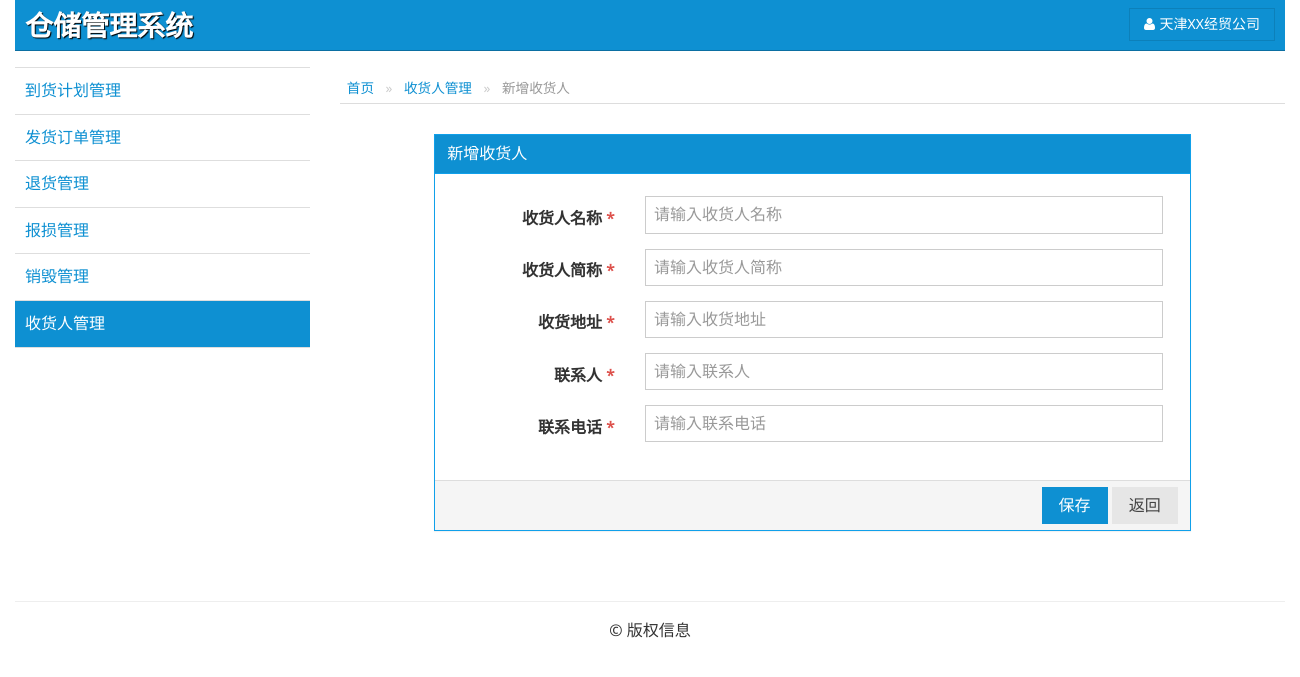
Repository: liuyouth/66
Page: http://localhost/syhz-web/WEB-INF/pages/recipient/add.jsp
An editor plug-in stored every save of this project. The page is shown before and after the next save, followed by the edit.
The browser window is 1280 px wide. The page is 1300 px wide, so the pictures cover 1300 px, including what lies to the right of the window. The pictures show the whole page.
The page is served by Tomcat 9. Nobody is signed in. Other server files are loaded and not shown. The template is opened directly, without the code that normally fills it, so the values that code supplies are empty.

Above is the page before, as saved 2016-07-01 06:55:38.

### syhz-web/WebContent/WEB-INF/pages/recipient/add.jsp
<%@ page language="java" contentType="text/html; charset=UTF-8" pageEncoding="UTF-8"%>

<%@ include file="/WEB-INF/pages/inc/common.jspf"%>

</head>
<body class="am-container wm-container">

	<!-- header start -->
	<%@ include file="/WEB-INF/pages/inc/header.jsp"%>
	<!-- header end -->

	<div class="am-g">

		<!-- nav start -->
		<%@ include file="/WEB-INF/pages/inc/nav.jsp"%>
		<!-- nav end -->

		<div class="am-u-sm-9">
			<ol class="am-breadcrumb wm-breadcrumb">
				<li><a href="${basePath}/index/view">首页</a></li>
				<li><a href="${basePath}/recipient/list/view">收货人管理</a></li>
				<li class="am-active">新增收货人</li>
			</ol>
			<hr class="wm-hr">
			<!-- context start -->
			<div class="am-u-sm-10 am-u-sm-centered">
				<div class="am-panel am-panel-primary wm-panel">
					<div class="am-panel-hd">新增收货人</div>
					<div class="am-panel-bd">
						<form id="addForm" class="am-form wm-form am-form-horizontal" action="${basePath}+/recipient/add">
							<div class="am-form-group">
								<label class="am-u-sm-3 am-form-label">
									收货人名称<span class="am-text-danger">&nbsp;*</span>
								</label>
								<div class="am-u-sm-9">
									<input type="text" name="recipientName" maxlength="50" datatype="*" placeholder="请输入收货人名称">
								</div>
							</div>
							<div class="am-form-group">
								<label class="am-u-sm-3 am-form-label">
									收货人简称<span class="am-text-danger">&nbsp;*</span>
								</label>
								<div class="am-u-sm-9">
									<input type="text" name="recipientCode" maxlength="20" datatype="*" placeholder="请输入收货人简称">
								</div>
							</div>
							<div class="am-form-group">
								<label class="am-u-sm-3 am-form-label">
									收货地址<span class="am-text-danger">&nbsp;*</span>
								</label>
								<div class="am-u-sm-9">
									<input type="text" name="recipientAddress" maxlength="100" datatype="*" placeholder="请输入收货地址">
								</div>
							</div>
							<div class="am-form-group">
								<label class="am-u-sm-3 am-form-label">
									联系人<span class="am-text-danger">&nbsp;*</span>
								</label>
								<div class="am-u-sm-9">
									<input type="text" name="recipientContact" maxlength="20" datatype="*" placeholder="请输入联系人">
								</div>
							</div>
							<div class="am-form-group">
								<label class="am-u-sm-3 am-form-label">
									联系电话<span class="am-text-danger">&nbsp;*</span>
								</label>
								<div class="am-u-sm-9">
									<input type="text" name="recipientContactPhone" maxlength="20" datatype="*" placeholder="请输入联系电话">
								</div>
							</div>
						</form>
					</div>
					<footer class="am-panel-footer">
						<div class="am-g">
							<label class="am-u-sm-3 am-form-label"></label>
							<div class="am-u-sm-9" style="text-align:right;">
								<button type="submitBtn" class="am-btn am-btn-primary">保存</button>
								<button type="button" class="am-btn am-btn-default" onclick="javascript:history.back(-1);">返回</button>
							</div>
						</div>
					</footer>
				</div>
			</div>
			<!-- context end -->
		</div>
	</div>

	<!-- modal start -->
	<%@ include file="/WEB-INF/pages/inc/modal.jsp"%>
	<!-- modal end -->

	<!-- footer start -->
	<%@ include file="/WEB-INF/pages/inc/footer.jsp"%>
	<!-- footer end -->

	<script type="text/javascript" src="${basePath }/js/app/recipient/add.js"></script>
</body>
</html>

### syhz-web/WebContent/WEB-INF/pages/inc/common.jspf
<%@ page language="java" pageEncoding="utf-8"%>
<%
	String basePath = request.getContextPath();
	request.setAttribute("basePath", basePath);
%>
<!DOCTYPE html>
<html class="no-js">
<head>
	<meta charset="utf-8">
	<meta http-equiv="X-UA-Compatible" content="IE=edge">
	<meta name="description" content="">
	<meta name="keywords" content="">
	<!--<meta name="viewport" content="width=device-width, initial-scale=1.0, minimum-scale=1.0, maximum-scale=1.0, user-scalable=no">-->
	<title>仓储管理系统</title>
	<!-- Set render engine for 360 browser -->
	<meta name="renderer" content="webkit">
	<!-- No Baidu Siteapp-->
	<meta http-equiv="Cache-Control" content="no-siteapp"/>

	<link rel="stylesheet" href="${basePath }/js/lib/amaze/css/amazeui.min.css">
	<link rel="stylesheet" href="${basePath }/js/lib/amaze/css/app.css">

	<!-- datatables-master -->
	<link rel="stylesheet" href="${basePath }/js/lib/datatables-master/amazeui.datatables.min.css">

	<link rel="stylesheet" href="${basePath }/css/common.css">

	<script type="text/javascript" src="${basePath }/js/lib/jquery/jquery-1.10.0.js"></script>

	<!--[if (gte IE 9)|!(IE)]><!-->
	<script type="text/javascript" src="${basePath }/js/lib/amaze/js/jquery.min.js"></script>
	<!--<![endif]-->
	<!--[if lte IE 8 ]>
	<script type="text/javascript" src="http://cdn.staticfile.org/modernizr/2.8.3/modernizr.js"></script>
	<script type="text/javascript" src="${basePath }/js/lib/amaze/js/amazeui.ie8polyfill.min.js"></script>
	<![endif]-->
	<script type="text/javascript" src="${basePath }/js/lib/amaze/js/amazeui.min.js"></script>

	<!-- My97DatePicker -->
	<script type="text/javascript" src="${basePath }/js/lib/My97DatePicker/WdatePicker.js"></script>

	<!-- datatables-master -->
	<script type="text/javascript" src="${basePath }/js/lib/datatables-master/amazeui.datatables.min.js"></script>

	<!-- jquery form -->
	<script type="text/javascript" src="${basePath }/js/lib/jquery/jquery.form.js"></script>

	<!-- Validform -->
	<script type="text/javascript" src="${basePath }/js/lib/Validform/Validform_v5.3.2.js"></script>
	<script type="text/javascript" src="${basePath }/js/lib/Validform/Validform_Datatype.js"></script>

	<script>
	$.ajaxSetup ({
		cache: false //close AJAX cache
	});
	var basePath = "${basePath}";
	</script>

### syhz-web/WebContent/WEB-INF/pages/inc/header.jsp
<%@ page language="java" contentType="text/html; charset=UTF-8" pageEncoding="UTF-8"%>

<header id="hearderAnchor" class="am-topbar am-topbar-inverse">
	<h1 class="am-topbar-brand" style="color: #fff;">
		<strong style="cursor: pointer;font-size: 28px;text-shadow: 1px 1px 1px #000;">仓储管理系统</strong>
	</h1>
	<div class="am-fr" style="margin-right: 10px;">
		<div class="am-btn-group">
			<div class="am-dropdown" data-am-dropdown>
				<button class="am-btn am-btn-primary am-topbar-btn am-btn-sm am-dropdown-toggle" data-am-dropdown-toggle>
					<span class="am-icon-user"></span> 天津XX经贸公司
				</button>
				<ul class="am-dropdown-content">
					<li>
						<a href="javascript:showEditPasswordModal();">修改密码</a>
					</li>
					<li class="am-divider"></li>
					<li>
						<a href="${basePath}/login/view" >
							<span class="am-icon-power-off"></span> 退出
						</a>
					</li>
				</ul>
			</div>
		</div>
	</div>
</header>

<!-- edit password modal start -->
<div class="am-modal am-modal-prompt" tabindex="-1" id="headerEditPasswordModal">
	<div class="am-modal-dialog">
		<div class="am-modal-hd">修改密码</div>
		<div class="am-modal-bd wm-modal-bd">
			<form id="headerEditPasswordForm" class="am-form am-form-horizontal">
				<div class="am-form-group">
					<label class="am-u-sm-3 am-form-label">
						旧密码<span class="am-text-danger">&nbsp;*</span>
					</label>
					<div class="am-u-sm-9">
						<input type="text" placeholder="请输入旧密码">
					</div>
				</div>
				<div class="am-form-group">
					<label class="am-u-sm-3 am-form-label">
						新密码<span class="am-text-danger">&nbsp;*</span>
					</label>
					<div class="am-u-sm-9">
						<input type="text" placeholder="请输入新密码">
					</div>
				</div>
				<div class="am-form-group">
					<label class="am-u-sm-3 am-form-label">
						密码确认<span class="am-text-danger">&nbsp;*</span>
					</label>
					<div class="am-u-sm-9">
						<input type="text" placeholder="请再次输入新密码">
					</div>
				</div>
			</form>
		</div>
		<div class="am-modal-footer">
			<span class="am-modal-btn wm-modal-cancel-btn" data-am-modal-cancel>取消</span>
			<span class="wm-modal-btn" onclick="javascript:void(0);">确定</span>
		</div>
	</div>
</div>
<!-- edit password modal end -->

<script type="text/javascript" src="${basePath }/js/app/inc/header.js"></script>

### syhz-web/WebContent/WEB-INF/pages/inc/nav.jsp
<%@ page language="java" contentType="text/html; charset=UTF-8" pageEncoding="UTF-8"%>

<div class="am-u-sm-3">
	<ul class="am-list admin-sidebar-list" id="wm-nav">

		<li id="nav-1">
			<a href="javascript:void(0);" onclick="javascript:jumpTo('arrival_plan/list');">
				<span class="am-margin-left-sm">到货计划管理</span>
			</a>
		</li>

		<li id="nav-2">
			<a href="javascript:void(0);" onclick="javascript:jumpTo('deliver_order/list');">
				<span class="am-margin-left-sm">发货订单管理</span>
			</a>
		</li>

		<li id="nav-3">
			<a href="javascript:void(0);" onclick="javascript:jumpTo('return_goods/list');">
				<span class="am-margin-left-sm">退货管理</span>
			</a>
		</li>

		<li id="nav-4">
			<a href="javascript:void(0);" onclick="javascript:jumpTo('damage/list');">
				<span class="am-margin-left-sm">报损管理</span>
			</a>
		</li>

		<li id="nav-5">
			<a href="javascript:void(0);" onclick="javascript:jumpTo('destroy/list');">
				<span class="am-margin-left-sm">销毁管理</span>
			</a>
		</li>

		<li id="nav-6">
			<a href="javascript:void(0);" onclick="javascript:jumpTo('recipient/list');">
				<span class="am-margin-left-sm">收货人管理</span>
			</a>
		</li>

	</ul>
</div>

<script type="text/javascript" src="${basePath }/js/app/inc/nav.js"></script>

### syhz-web/WebContent/WEB-INF/pages/inc/modal.jsp
<%@ page language="java" contentType="text/html; charset=UTF-8" pageEncoding="UTF-8"%>

<div class="am-modal am-modal-alert" tabindex="-1" id="wm-alert">
	<div class="am-modal-dialog">
		<div class="am-modal-hd">
			系统消息
		</div>
		<div class="am-modal-bd">
			<span id="wm-alert-modal-show-msg-span"></span>
		</div>
		<div class="am-modal-footer">
			<span class="am-modal-btn">确定</span>
		</div>
	</div>
</div>

<div class="am-modal am-modal-confirm" tabindex="-1" id="wm-confirm">
	<div class="am-modal-dialog">
		<div class="am-modal-hd">
			系统消息
		</div>
		<div class="am-modal-bd">
			<span id="wm-confirm-modal-show-msg-span"></span>
		</div>
		<div class="am-modal-footer">
			<span class="am-modal-btn wm-modal-cancel-btn" data-am-modal-cancel>取消</span>
			<span class="am-modal-btn" data-am-modal-confirm>确定</span>
		</div>
	</div>
</div>

<div class="am-modal am-modal-loading am-modal-no-btn" tabindex="-1" id="wm-modal-loading">
	<div class="am-modal-dialog">
		<div class="am-modal-hd">处理中，请稍后...</div>
		<div class="am-modal-bd">
			<span class="am-icon-spinner am-icon-spin"></span>
		</div>
	</div>
</div>

<script type="text/javascript" src="${basePath }/js/app/inc/modal.js"></script>

### syhz-web/WebContent/WEB-INF/pages/inc/footer.jsp
<%@ page language="java" contentType="text/html; charset=UTF-8" pageEncoding="UTF-8"%>

<div class="footer" style="height: 100px;margin-top: 50px;">
	<hr>
	<div class="am-g">
		<div class="am-u-sm-6 am-u-sm-centered" style="text-align:center;">
			<p>© 版权信息</p>
		</div>
	</div>
</div>

### syhz-web/WebContent/css/common.css
body {

}

fieldset {
	margin: 0 0 0.7rem 0 !important;
	padding: 0 !important;
}

legend {
	margin: 0 !important;
	padding: 0 !important;
}

textarea {
	resize: none !important;
}

.wm-container {
	width: 100% !important;
	min-width: 1300px !important;
	max-width: 100% !important;
}

.wm-breadcrumb {
	margin: 0 !important;
	padding-bottom: 0;
}

.wm-form {
	padding: 10px 0;
}

.wm-hr {
	margin: 5px 0px !important;
	border-top: 1px solid #ddd;
}

.wm-nav-active {
	background-color: #0e90d2 !important;
}

.wm-nav-active a {
	color: #fff;
}

.wm-modal-bd {
	padding-top: 15px !important;
	border-top: 1px solid #dedede;
}

.wm-modal-btn {
	display: table-cell !important;
	padding: 0 5px;
	height: 44px;
	-webkit-box-sizing: border-box !important;
	box-sizing: border-box !important;
	font-size: 1.6rem;
	line-height: 44px;
	text-align: center;
	color: #0e90d2;
	display: block;
	word-wrap: normal;
	text-overflow: ellipsis;
	white-space: nowrap;
	overflow: hidden;
	cursor: pointer;
	border-right: 1px solid #dedede;
}

.wm-modal-cancel-btn {
	color: #999;
}

.wm-toTop {
	border: 1px solid #DDDDDD;
	width: 46px;
	height: 50px;
	position: fixed;
	bottom: 150px;
	right: 30px;
	z-index: 1009;
	background-color: white;
}

.wm-toTop:HOVER {
	cursor: pointer;
}

.wm-toTop a:HOVER {
	cursor: pointer;
	text-decoration: none;
}

.wm-toTop i {
	color: #DDDDDD;
}

.wm-toTop i:HOVER {
	color: #999;
}

.wm-toTop i:BEFORE {
	font-size: 300%;
	vertical-align: -22%;
}

.wm-table {
	margin-bottom: 0;
}

.wm-panel {
	margin-top: 30px;
}
/* lisi start */
.wm-inner-table-title {
	border-bottom: 1px solid #10a0ea;
}

.wm-inner-table-title-label {
	background-color: #10a0ea;
	color: #fff;
	margin: 0px;
	padding: .6em 1em;
	vertical-align: middle;
	line-height: 1.2;
	outline: 0;
}
/* top view start */
.wm-u-sm-12 {
	margin: 0 !important;
	padding: 0 !important;
}

.wm-grid {
	border: 1px solid #999;
	text-align: center;
	vertical-align: middle;
	float: left;
}

div.wm-grid:HOVER {
	cursor: pointer;
}

.wm-grid-a {
	width: 60px;
	height: 25px;
}

.wm-grid-e1 {
	width: 40px;
	height: 100px;
}

.wm-grid-e2 {
	width: 40px;
	height: 50px;
}

.wm-grid-e3 {
	width: 40px;
	height: 75px;
}

.wm-empty-line {
	height: 25px;
}

.wm-cell-disable {
	background-color: #999;
	color: #fff;
}

.wm-grid-a-cell {
	width: 50%;
	height: 50px;
}

.wm-grid-e1-cell {
	width: 25%;
	height: 50px;
}

.wm-grid-e2-cell {
	width: 50%;
	height: 50px;
}

.wm-grid-e3-cell {
	width: 33.33%;
	height: 50px;
}

.wm-grid-a-cell-split-x {
	width: 50%;
	float: left;
}

.wm-grid-a-cell-split-line-x {
	border-right: thin dashed #999;
}

.wm-grid-a-cell-split-y {
	width: 100%;
	height: 25px;
}

.wm-grid-a-cell-split-line-y {
	border-bottom: thin dashed #999;
}
/* top view end */
[class*=am-icon-] {
	margin-right: 1px;
}

.Validform_checktip {
	/*margin-left: 8px;
	line-height: 20px;
	height: 20px;
	overflow: hidden;
	color: #999;
	font-size: 12px;*/
}

.Validform_right {
	color: #71b83d;
	padding-left: 20px;
	background: url(../images/right.png) no-repeat left center;
}

.Validform_wrong {
	color: red;
	padding-left: 20px;
	white-space: nowrap;
	background: url(../images/error.png) no-repeat left center;
}

.Validform_loading {
	padding-left: 20px;
	background: url(../images/onLoad.gif) no-repeat left center;
}

.Validform_error {
	background-color: #ffe7e7;
}

#Validform_msg {
	color: #7d8289;
	font: 12px/1.5 tahoma, arial, \5b8b\4f53, sans-serif;
	width: 280px;
	-webkit-box-shadow: 2px 2px 3px #aaa;
	-moz-box-shadow: 2px 2px 3px #aaa;
	background: #fff;
	position: absolute;
	top: 0px;
	right: 50px;
	z-index: 99999;
	display: none;
	filter: progid:DXImageTransform.Microsoft.Shadow(Strength=3, Direction=135,
		Color='#999999');
}

#Validform_msg .iframe {
	position: absolute;
	left: 0px;
	top: -1px;
	z-index: -1;
}

#Validform_msg .Validform_title {
	line-height: 25px;
	height: 25px;
	text-align: left;
	font-weight: bold;
	padding: 0 8px;
	color: #fff;
	position: relative;
	background-color: #000;
}

#Validform_msg a.Validform_close:link, #Validform_msg a.Validform_close:visited
	{
	line-height: 22px;
	position: absolute;
	right: 8px;
	top: 0px;
	color: #fff;
	text-decoration: none;
}

#Validform_msg a.Validform_close:hover {
	color: #cc0;
}

#Validform_msg .Validform_info {
	padding: 8px;
	border: 1px solid #000;
	border-top: none;
	text-align: left;
}
/* lisi end */

/* mujianling start */
/* mujianling end */

### syhz-web/WebContent/js/app/inc/header.js
function showEditPasswordModal() {
	$('#headerEditPasswordForm').form('clear');
	$('#headerEditPasswordModal').modal('open');
}

### syhz-web/WebContent/js/app/inc/nav.js
function toggleNav(f, s, t) {
	if (t != 0 && s != 0) {
		$("#nav-" + f).collapse('toggle');
		$("#nav-" + f + "-" + s).collapse('toggle');
		$("#nav-" + f + "-" + s + "-" + t).addClass("wm-nav-active");
	} else {
		if (s != 0) {
			$("#nav-" + f).collapse('toggle');
			$("#nav-" + f + "-" + s).addClass("wm-nav-active");
		} else {
			$("#nav-" + f).addClass("wm-nav-active");
		}
	}
}
function jumpTo(p) {
	window.location.href = basePath + "/" + p + "/view";
}

### syhz-web/WebContent/js/app/inc/modal.js
function alertWm(msg, okfn) {
	$("#wm-alert-modal-show-msg-span").text(msg);
	$('#wm-alert').on('closed.modal.amui', function() {
		if (okfn != undefined) {
			okfn();
		}
	});
	$('#wm-alert').modal('open');
}

function confirmWm(msg, okfn, ngfn) {
	$("#wm-confirm-modal-show-msg-span").text(msg);
	$('#wm-confirm').modal({
		relatedTarget : this,
		onConfirm : function(options) {
			if (okfn != undefined) {
				okfn();
			}
		},
		onCancel : function() {
			if (ngfn != undefined) {
				ngfn();
			}
		}
	});
	$('#wm-confirm').modal('open');
}

function showLoadingWm() {
	$('#wm-modal-loading').modal('open');
}

function hideLoadingWm() {
	$('#wm-modal-loading').modal('close');
}

### syhz-web/WebContent/js/app/recipient/add.js
/**
 * 声明全局变量
 */
//校验插件变量
var $valid;

$(function() {
	// 切换导航状态
	toggleNav(6, 0, 0);
	//初始化验证插件
	$valid = $("#addForm").Validform({
		btnSubmit:"#submitBtn",
		tiptype:4,
		ignoreHidden:true,
		dragonfly:false,
		tipSweep:false,
		showAllError:true,
		postonce:true,
		ajaxPost:false,
		datatype:{

		},
		usePlugin:{
		},
		beforeCheck:function(curform){
			//在表单提交执行验证之前执行的函数，curform参数是当前表单对象。
			//这里明确return false的话将不会继续执行验证操作;
		},
		beforeSubmit:function(curform){
			//在验证成功后，表单提交前执行的函数，curform参数是当前表单对象。
			//这里明确return false的话表单将不会提交;
			return false;
		},
		callback:function(data){
			//返回数据data是json对象，{"info":"demo info","status":"y"}
			//info: 输出提示信息;
			//status: 返回提交数据的状态,是否提交成功。如可以用"y"表示提交成功，"n"表示提交失败，在ajax_post.php文件返回数据里自定字符，主要用在callback函数里根据该值执行相应的回调操作;
			//你也可以在ajax_post.php文件返回更多信息在这里获取，进行相应操作；
			//ajax遇到服务端错误时也会执行回调，这时的data是{ status:**, statusText:**, readyState:**, responseText:** }；

			//这里执行回调操作;
			//注意：如果不是ajax方式提交表单，传入callback，这时data参数是当前表单对象，回调函数会在表单验证全部通过后执行，然后判断是否提交表单，如果callback里明确return false，则表单不会提交，如果return true或没有return，则会提交表单。
		}
	});



	/* = $("#myForm").Validform({
		 	btnSubmit: "#btn_sub", //提交按钮，from中存在“submit”按钮时可省略
		btnReset: "#btn_reset",//重置按钮，from中存在“reset”按钮时可省略
		tiptype: 4,//错误信息提示方式
		ignoreHidden: true,//不验证hidden元素
		showAllError: true,//true：完全检测；false：短路检测
		//postonce: true//二次提交防御
		ajaxPost: true,//提交方式
		datatype: {//自定义datatype类型，可以是正则，也可以是函数。
			idCardNo:isIdCardNo
		},
		usePlugin: {},//插件
		beforeCheck: function(curform){

			setTimeout(function() {
				var id = $(".Validform_wrong:eq(0)")
					.closest(".am-tab-panel").attr("id");
				if (id) {
				    var no = id.replace("tab", "");
					$("#tabs").tabs('open', parseInt(no) - 1);
				}
		    }, 500);
		},
		beforeSubmit : function(curform) {

	    }

		},
		callback : function(data) {
		 //这里不采用插件提交
			   if (data.msg) {
			alert("保存成功！");
		    }
		}
	    });*/
});

### syhz-web/WebContent/js/lib/My97DatePicker/skin/WdatePicker.css
.Wdate {
	border: #999 1px solid;
	height: 20px;
	background: #fff url(datePicker.gif) no-repeat right;
}

.wm-Wdate {
	background: #fff url(datePicker.gif) no-repeat right !important;
}

.WdateFmtErr {
	font-weight: bold;
	color: red;
}

Loaded but not shown: syhz-web/WebContent/js/lib/amaze/css/amazeui.min.css (library); syhz-web/WebContent/js/lib/amaze/css/app.css (common file); syhz-web/WebContent/js/lib/datatables-master/amazeui.datatables.min.css (library); syhz-web/WebContent/js/lib/jquery/jquery-1.10.0.js (library); syhz-web/WebContent/js/lib/amaze/js/jquery.min.js (library); syhz-web/WebContent/js/lib/amaze/js/amazeui.min.js (library); syhz-web/WebContent/js/lib/My97DatePicker/WdatePicker.js (library); syhz-web/WebContent/js/lib/datatables-master/amazeui.datatables.min.js (library); syhz-web/WebContent/js/lib/Validform/Validform_v5.3.2.js (library); syhz-web/WebContent/js/lib/Validform/Validform_Datatype.js (library); syhz-web/WebContent/js/lib/jquery/jquery.form.js (no copy from this time; the picture is the same without it)

After the next save:
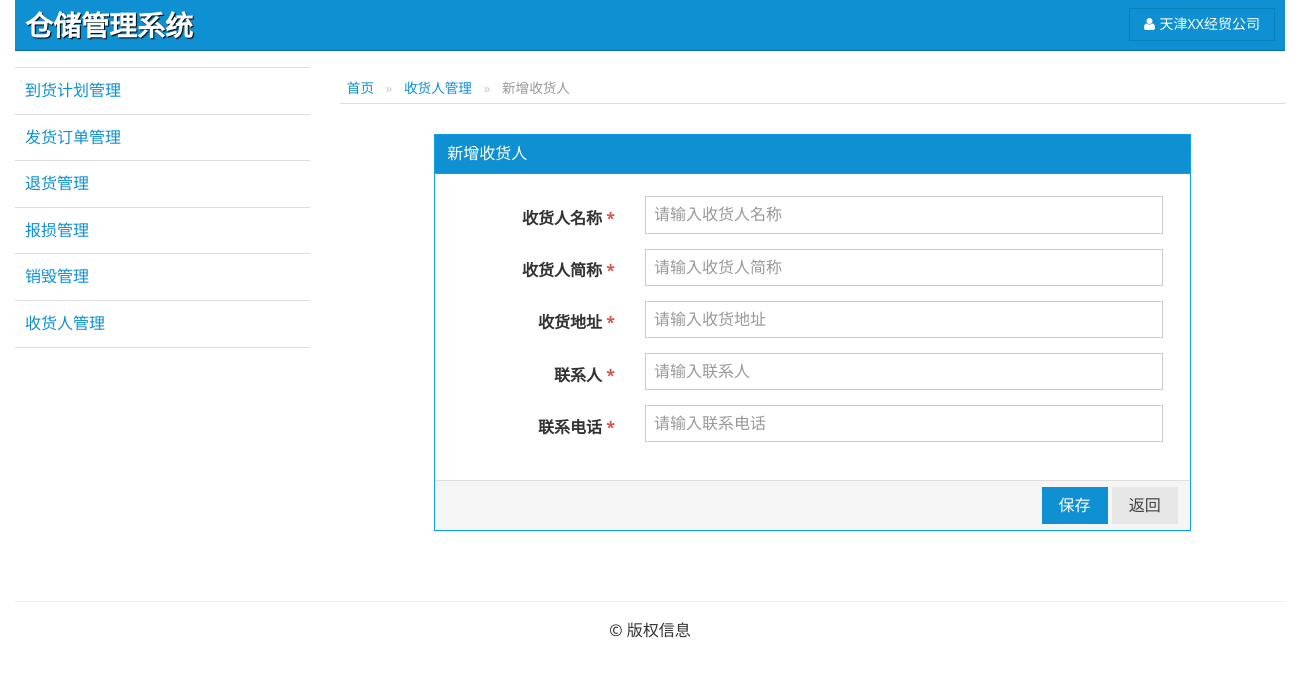
Console error: SyntaxError: missing ) after argument list
Saved 14 min 19 s later.
--- a/syhz-web/WebContent/js/app/recipient/add.js
+++ b/syhz-web/WebContent/js/app/recipient/add.js
@@ -42,42 +42,26 @@
 			//注意：如果不是ajax方式提交表单，传入callback，这时data参数是当前表单对象，回调函数会在表单验证全部通过后执行，然后判断是否提交表单，如果callback里明确return false，则表单不会提交，如果return true或没有return，则会提交表单。
 		}
 	});
-
-
-
-	/* = $("#myForm").Validform({
-		 	btnSubmit: "#btn_sub", //提交按钮，from中存在“submit”按钮时可省略
-		btnReset: "#btn_reset",//重置按钮，from中存在“reset”按钮时可省略
-		tiptype: 4,//错误信息提示方式
-		ignoreHidden: true,//不验证hidden元素
-		showAllError: true,//true：完全检测；false：短路检测
-		//postonce: true//二次提交防御
-		ajaxPost: true,//提交方式
-		datatype: {//自定义datatype类型，可以是正则，也可以是函数。
-			idCardNo:isIdCardNo
-		},
-		usePlugin: {},//插件
-		beforeCheck: function(curform){
-
-			setTimeout(function() {
-				var id = $(".Validform_wrong:eq(0)")
-					.closest(".am-tab-panel").attr("id");
-				if (id) {
-				    var no = id.replace("tab", "");
-					$("#tabs").tabs('open', parseInt(no) - 1);
-				}
-		    }, 500);
-		},
-		beforeSubmit : function(curform) {
+	//
+	 $('#typeForm')
+	    .ajaxSubmit(
+		    {
+			success : function(
+				data) {
+			    if (data.success) {
+				alert("操作成功！");
+				$("doc-modal-1").modal('close');
+				readType();
+			    } else {
+				alert("操作失败！");
+			    }
+			},
+			error : function() {
+			    alert("系统错误！");
+			}
+		    });
 
 	    }
 
-		},
-		callback : function(data) {
-		 //这里不采用插件提交
-			   if (data.msg) {
-			alert("保存成功！");
-		    }
-		}
-	    });*/
+
 });

After the 3 saves that followed:
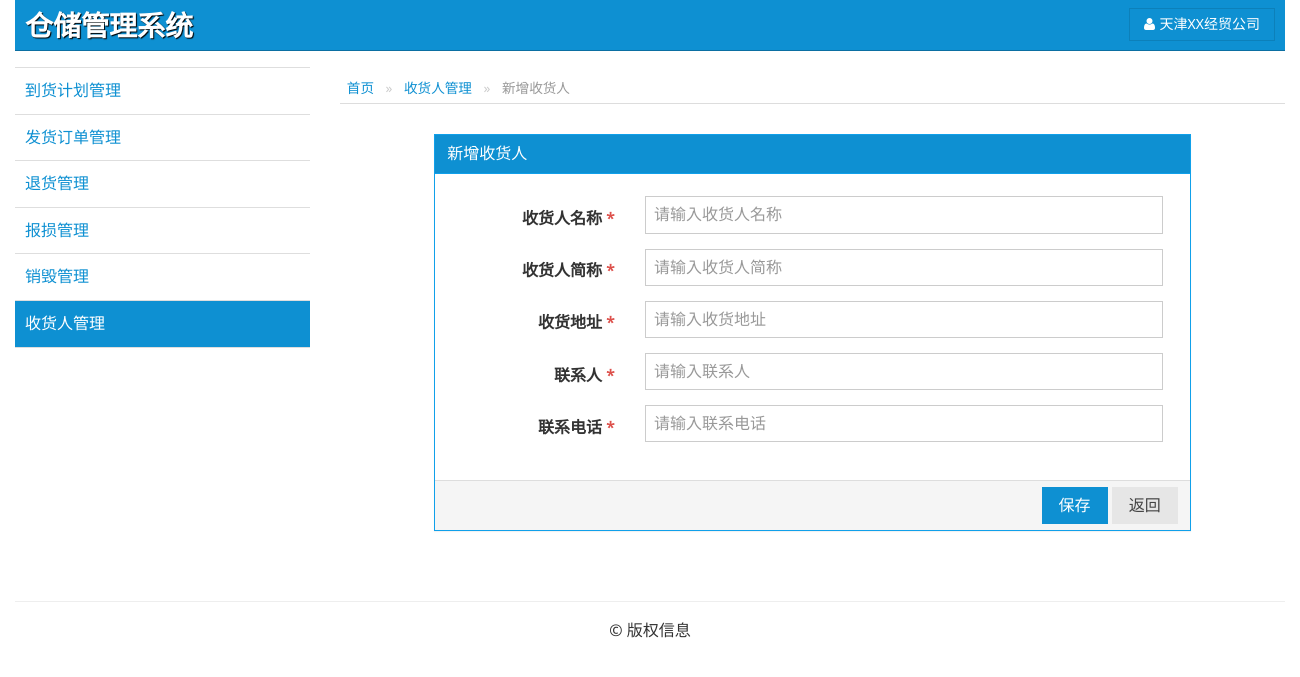
Console error: TypeError: $(...).ajaxSubmit is not a function
The 3 saves are shown as one change because 1 left the picture as it was and some came seconds apart.
The last was saved 77 s later.
--- a/syhz-web/WebContent/js/app/recipient/add.js
+++ b/syhz-web/WebContent/js/app/recipient/add.js
@@ -42,7 +42,7 @@
 			//注意：如果不是ajax方式提交表单，传入callback，这时data参数是当前表单对象，回调函数会在表单验证全部通过后执行，然后判断是否提交表单，如果callback里明确return false，则表单不会提交，如果return true或没有return，则会提交表单。
 		}
 	});
-	//
+	//为form表单绑定提交事件
 	 $('#typeForm')
 	    .ajaxSubmit(
 		    {
@@ -50,8 +50,6 @@
 				data) {
 			    if (data.success) {
 				alert("操作成功！");
-				$("doc-modal-1").modal('close');
-				readType();
 			    } else {
 				alert("操作失败！");
 			    }
@@ -61,7 +59,7 @@
 			}
 		    });
 
-	    }
+
 
 
 });
